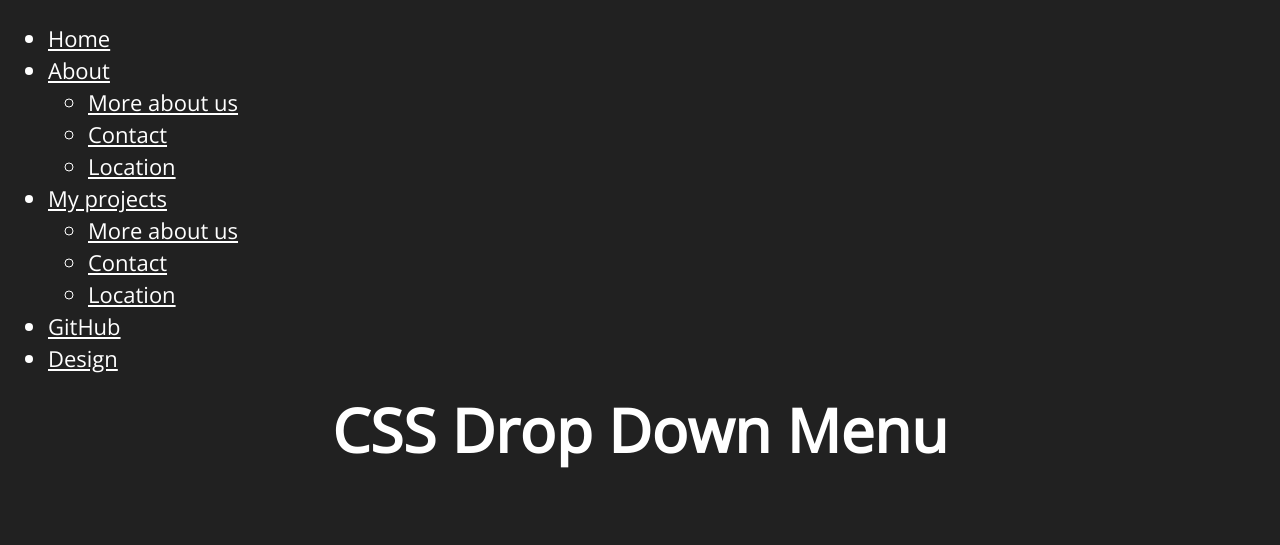
Repository: alikahwaji/HTML-CSS-workshop
Page: index.html
An editor plug-in stored every save of this project. The page is shown before and after the next save, followed by the edit.
The browser window is 1280 px wide. The pictures show the whole page.

Above is the page before, as saved 2019-10-29 11:58:20.

After the next save:
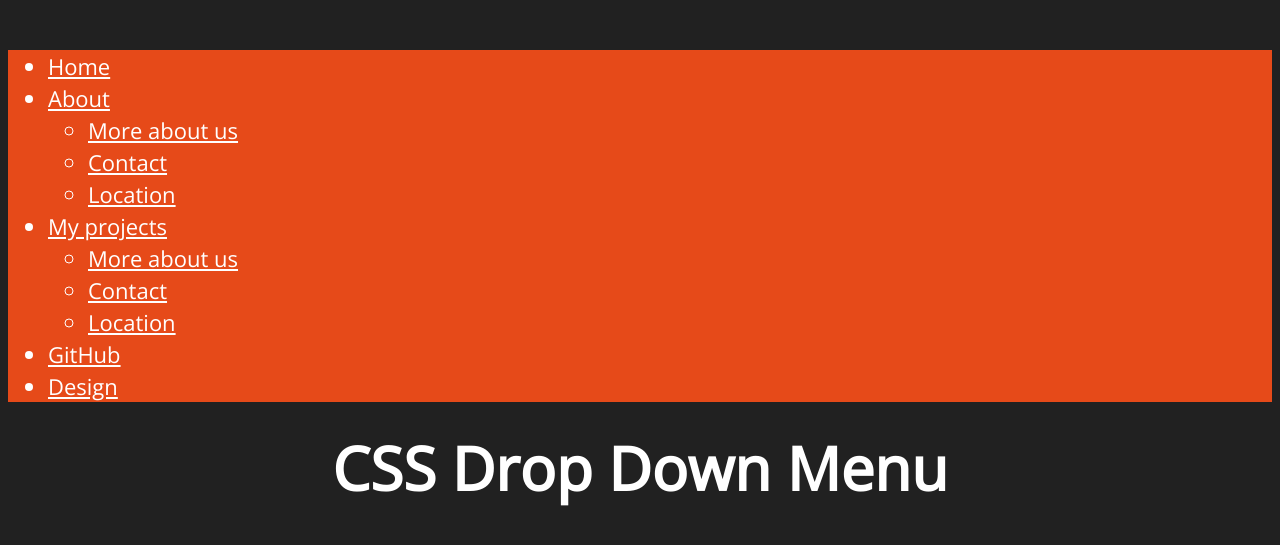
Saved 61 s later.
--- a/index.css
+++ b/index.css
@@ -23,3 +23,8 @@ a {
 #container{
     margin: 0 auto;
 }
+
+nav {
+    margin: 50px 0;
+    background-color: #e64a19;
+}
